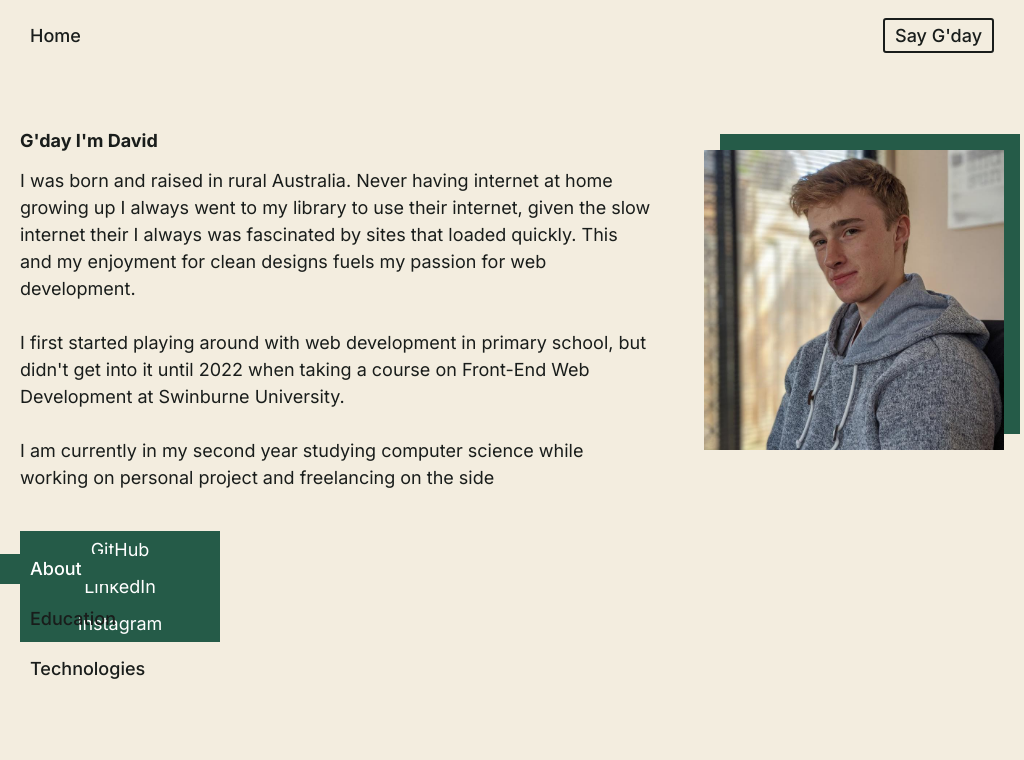
Repository: David-Waite/David-Waite-Portfolio
Page: /about
The author's editor kept a copy of each file at every save. The page is drawn from the files as they stood at one save, then again after the next save.
The browser window is 1024 px wide. The pictures show the whole page.
The project was rebuilt for these pictures with package versions that can differ from the ones it lists, and the page was loaded fresh each time. The framework's server and built-in components were replaced by stand-ins that run in the browser. Also part of the build but not shown: next.config.js.

Above is the page before, as saved 2023-07-27 12:20:53.

After the next save:
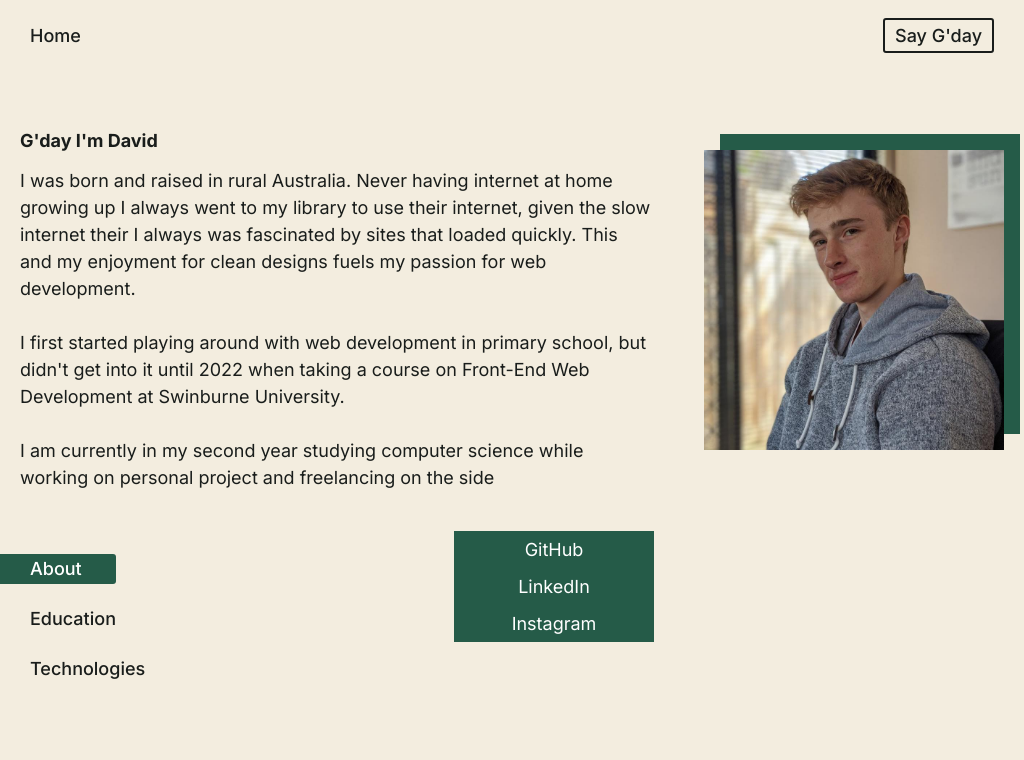
Saved 5 s later.
--- a/app/about/page.module.css
+++ b/app/about/page.module.css
@@ -163,7 +163,7 @@
     position: static;
     width: 200px;
     margin-top: 64px;
-    margin-left: 0;
+    margin-left: auto;
   }
 }
 @media (max-width: 425px) {
